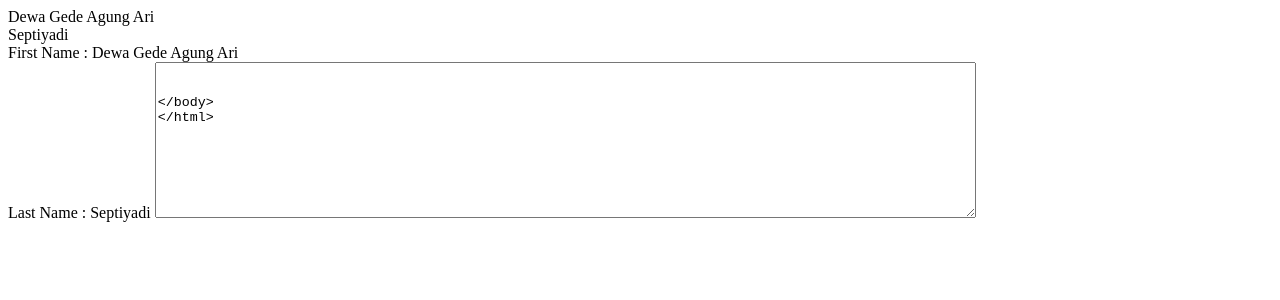
Repository: dewaary/JavaScript-Fundamentals
Page: index.html
An editor plug-in stored every save of this project. The page is shown before and after the next save, followed by the edit.
The browser window is 1280 px wide. The pictures show the whole page.

Above is the page before, as saved 2021-06-18 23:33:31.

After the next save:
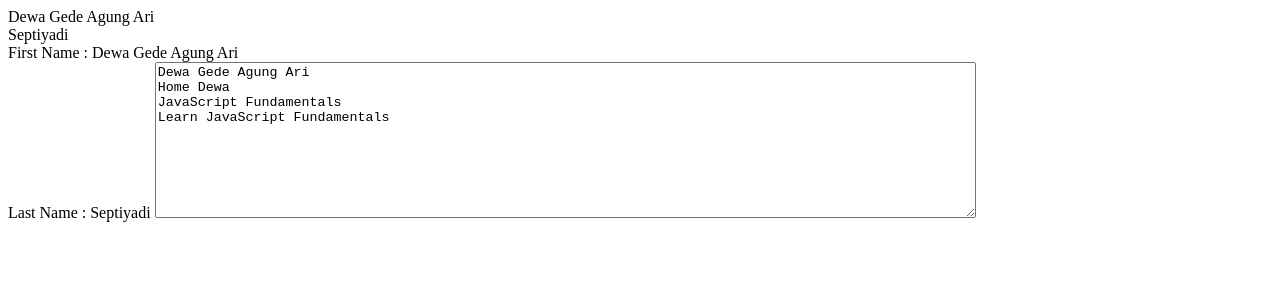
Saved 102 s later.
--- a/scripts/type-data-string.js
+++ b/scripts/type-data-string.js
@@ -22,4 +22,8 @@
 */
 
 document.writeln("<textarea cols = '100' rows = '10'>");
-document.writeln("")
+document.writeln("Dewa Gede Agung Ari");
+document.writeln("Home Dewa");
+document.writeln("JavaScript Fundamentals");
+document.writeln('Learn JavaScript Fundamentals')
+document.writeln("</textarea>");
